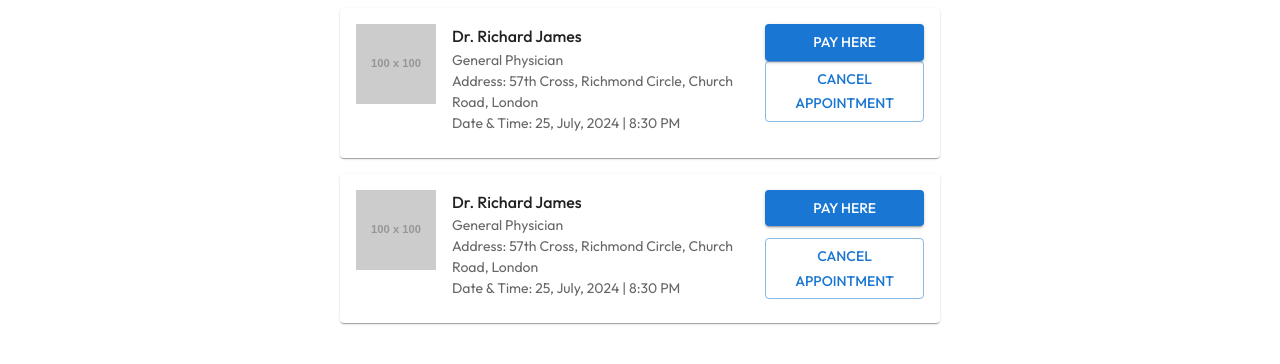
Repository: Ali-Dmerdash/DEPI_GRAD
Page: /
These files come from the project's save history. The page is drawn as it stood at one moment and after the next save; the edit follows.
The browser window is 1280 px wide. The pictures show the whole page.
The project was rebuilt for these pictures with package versions that can differ from the ones it lists, and the page was loaded fresh each time. Also part of the build but not shown: vite.config.ts.

Above is the page before, as saved 2024-10-08 20:36:10.

After the next save:
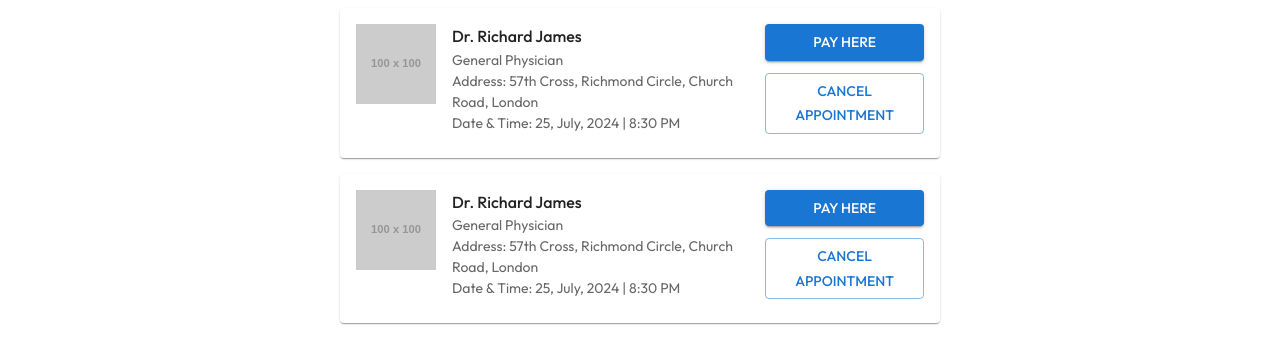
Saved 8 s later.
--- a/src/pages/myappointment/index.tsx
+++ b/src/pages/myappointment/index.tsx
@@ -37,7 +37,7 @@ const MyAppointment: React.FC = () => {
               <Button
                 variant="outlined"
                 color="primary"
-                sx={{ marginBottom: 1.5 }}
+                sx={{ marginTop: 1.5 }}
               >
                 Cancel appointment
               </Button>
